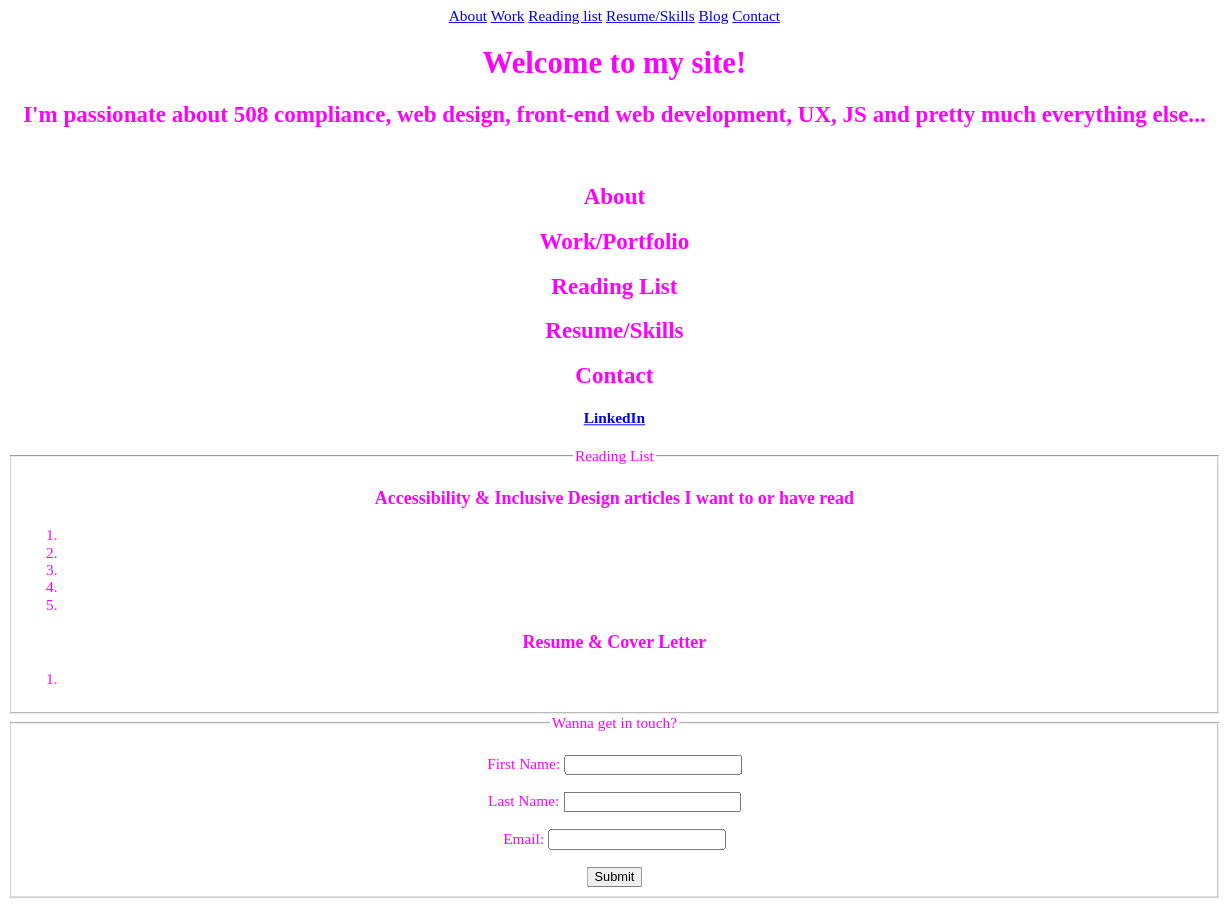
Repository: jasvr/jasvr.io
Page: index.html
These files come from the project's save history. The page is drawn as it stood at one moment and after a run of saves; the edit follows.
The browser window is 1280 px wide. The pictures show the whole page, at 96% of full size.

Above is the page before, as saved 2020-01-20 13:44:13.

After the next 7 saves:
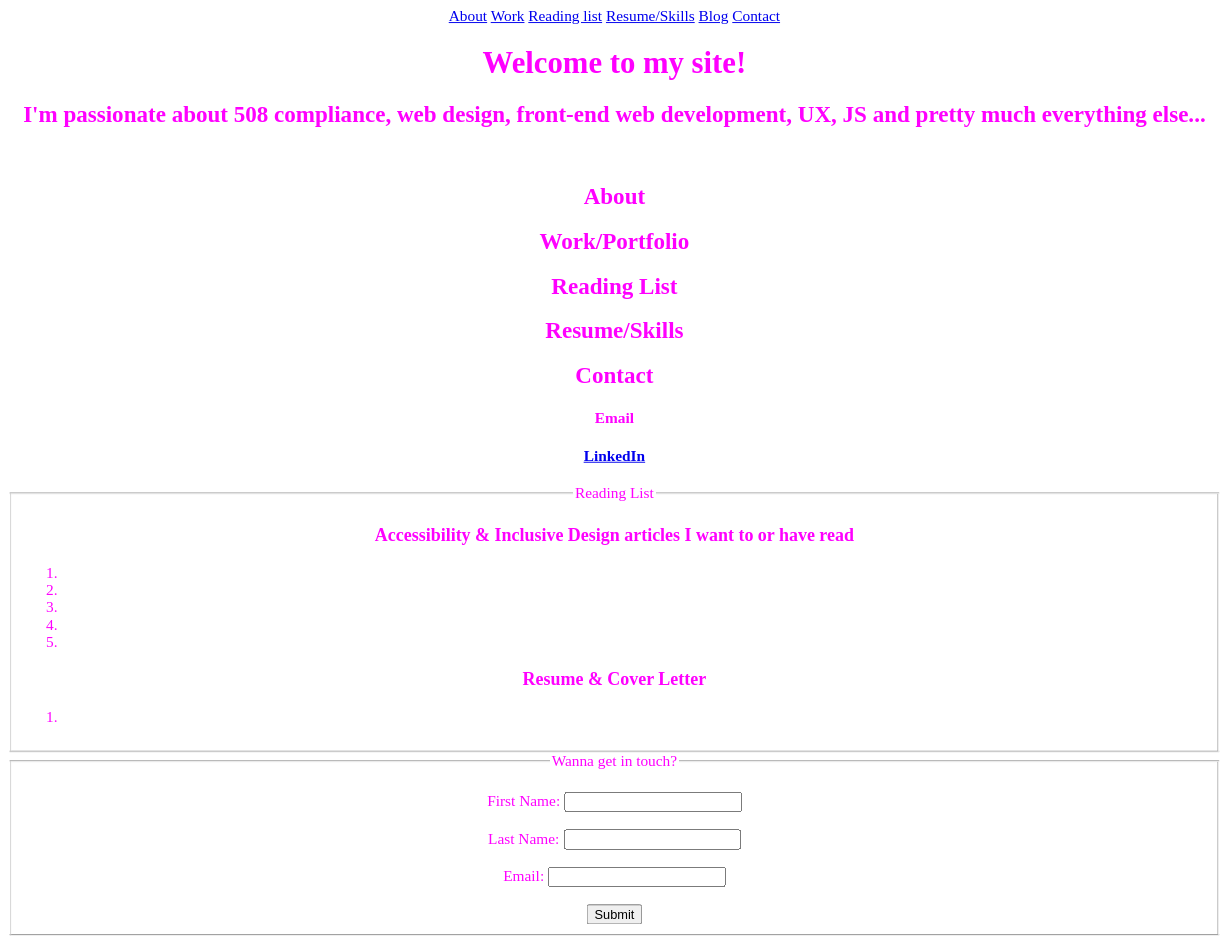
The 7 saves are shown as one change because they came seconds apart.
The last was saved 19 s later.
--- a/index.html
+++ b/index.html
@@ -28,7 +28,8 @@
     <h2>Resume/Skills</h2>
     <!-- <h2>Blog</h2> -->
     <h2>Contact</h2>
-
+    <h4>Email</h4>
+    <h4></h4>
     <h4><a href="https://www.linkedin.com/in/jasvrgs/">LinkedIn</a></h4>
 
     <fieldset>
